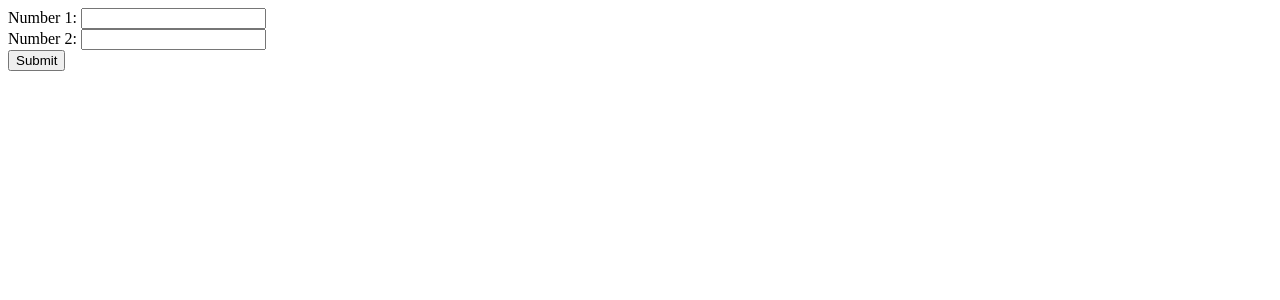
Repository: jagasia/sep-07
Page: http://localhost/SEP-07-02/
An editor plug-in stored every save of this project. The page is shown before and after the next save, followed by the edit.
The browser window is 1280 px wide. The pictures show the whole page.
The page is served by Tomcat 9.

Above is the page before, as saved 2022-09-07 08:40:20.

### SEP-07-02/WebContent/index.jsp
<%@ page language="java" contentType="text/html; charset=ISO-8859-1"
    pageEncoding="ISO-8859-1"%>
<!DOCTYPE html>
<html>
<head>
<meta charset="ISO-8859-1">
<title>Insert title here</title>
</head>
<body>
<form>
Number 1: <input type="number" name="no1" /><br/>
Number 2: <input type="number" name="no2" /><br/>
<input type="submit" />
</form>

</body>
</html>

After the next save:
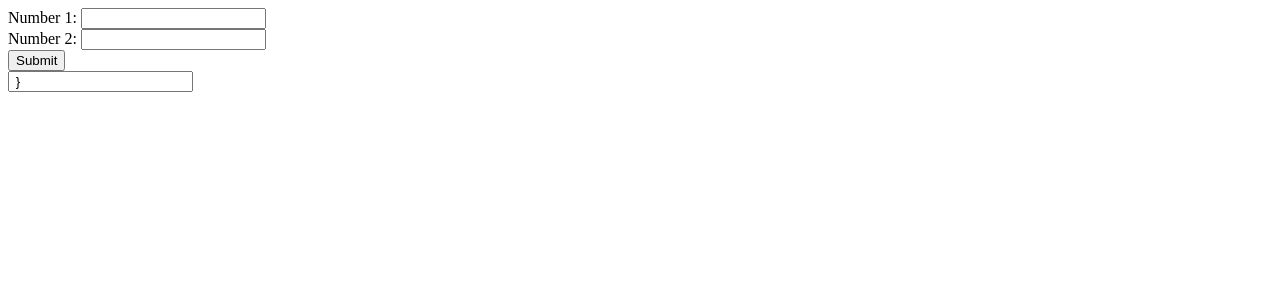
Saved 25 s later.
--- a/SEP-07-02/WebContent/index.jsp
+++ b/SEP-07-02/WebContent/index.jsp
@@ -12,6 +12,6 @@ Number 1: <input type="number" name="no1" /><br/>
 Number 2: <input type="number" name="no2" /><br/>
 <input type="submit" />
 </form>
-
+<input type="text" value="${param.result} }" />
 </body>
 </html>
